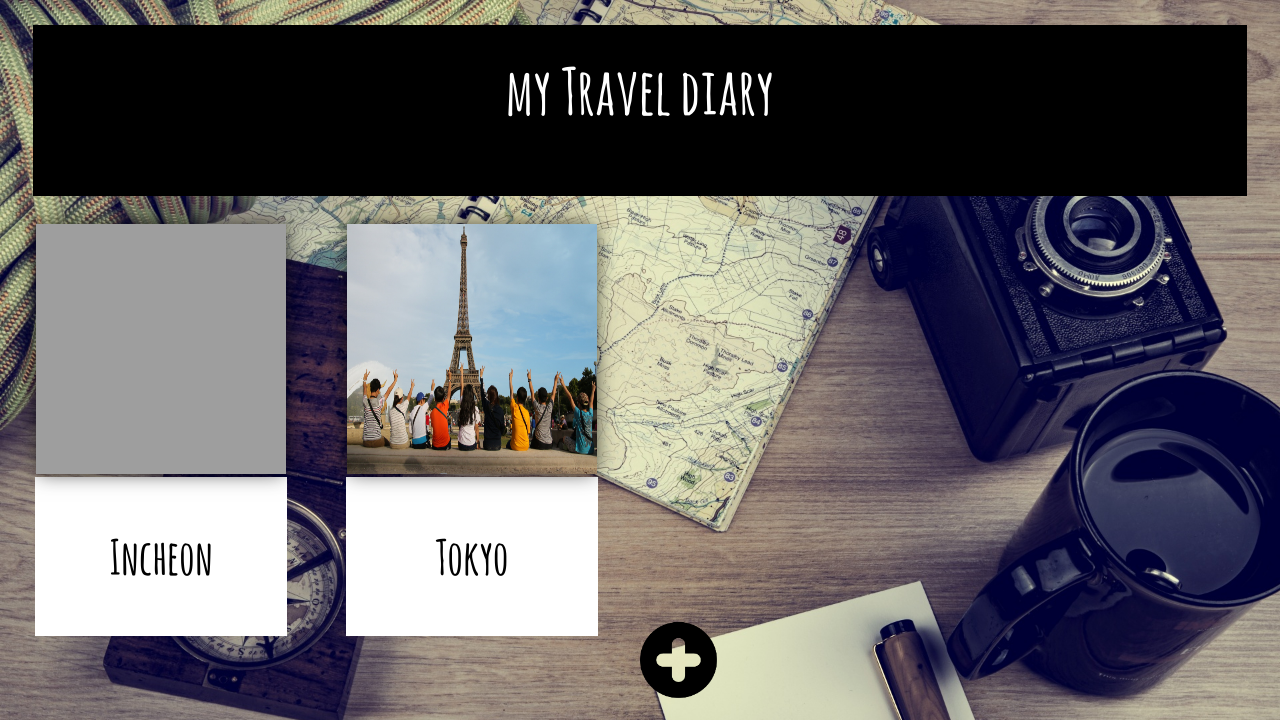
Repository: minkyung0421/jsp_travel_project
Page: http://localhost/Travel_Project/
The author's editor kept a copy of each file at every save. The page is drawn from the files as they stood at one save, then again after the next save.
The browser window is 1280 px wide. The pictures show the whole page.
Pictures or frames that could not be fetched are drawn as grey boxes. The page is served by Tomcat 9.

Above is the page before, as saved 2018-08-21 05:22:10.

After the next save:
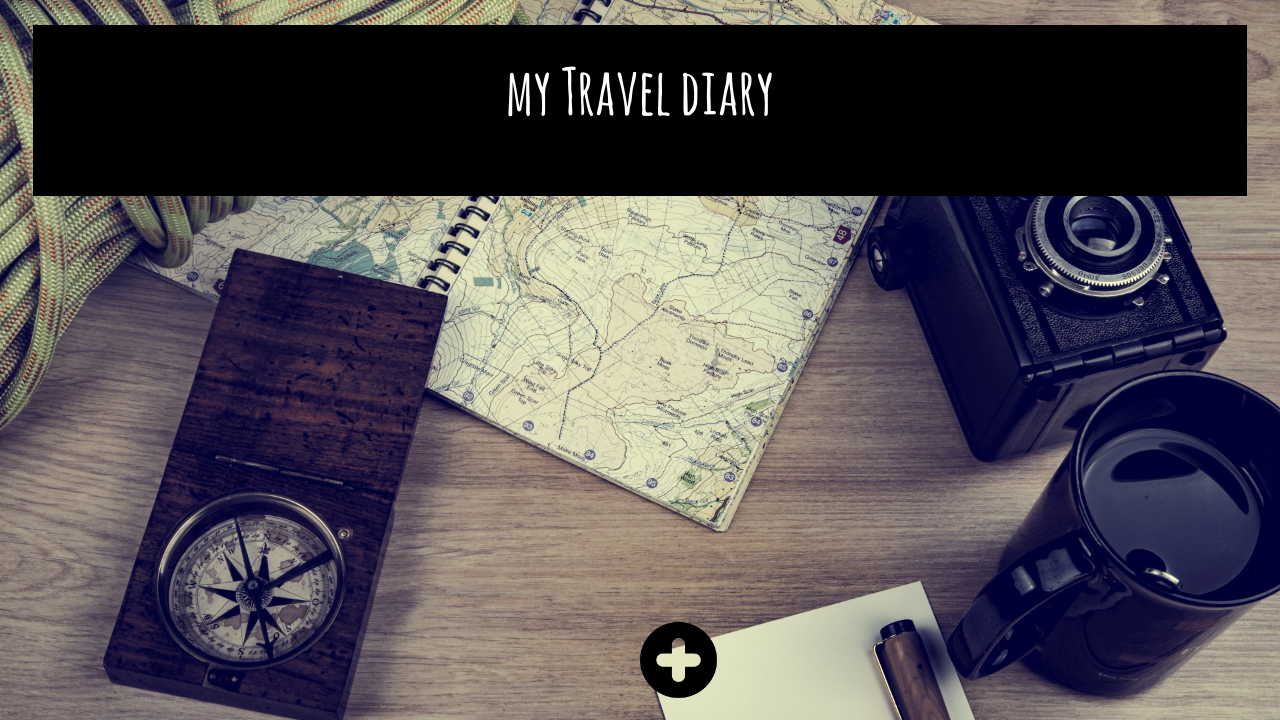
Saved 71 s later.
--- a/jsp_travel_project/Travel_Project/WebContent/index.jsp
+++ b/jsp_travel_project/Travel_Project/WebContent/index.jsp
@@ -47,7 +47,7 @@ table{
 </a>
 
 
-<table border = "0" style = "margin:2%">
+<!-- <table border = "0" style = "margin:2%">
 	<tr>
 		<td><img src = "image/1.jpg" width = "250" height = "250" class = "effect" id = "img1"></td>
 	</tr>
@@ -67,6 +67,6 @@ table{
 			<center><p class = "font">Tokyo</p></center>
 		</td>
 	</tr>
-</table>
+</table> -->
 </body>
 </html>
